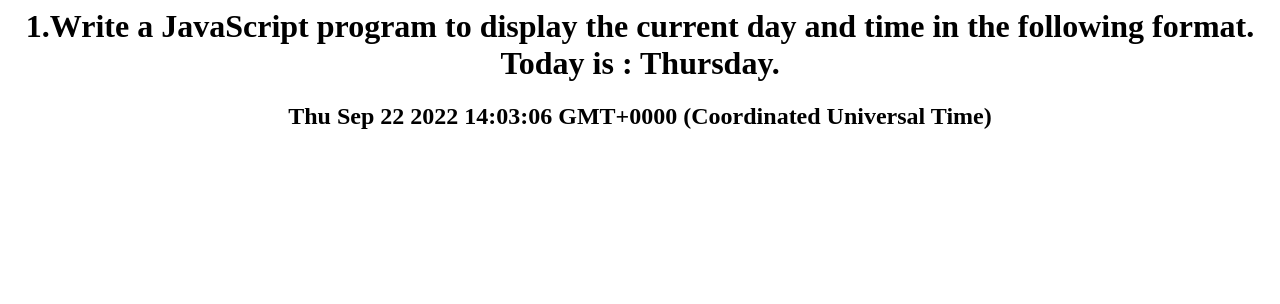
Repository: HoangDuy315/web-dev2022
Page: hw151022/ex1/ex1.html
An editor plug-in stored every save of this project. The page is shown before and after the next save, followed by the edit.
The browser window is 1280 px wide. The pictures show the whole page.

Above is the page before, as saved 2022-10-15 12:09:45.

### hw151022/ex1/ex1.html
<!--JavaScript to display current Date and Time.-->

<html>
  <head>
    <title>JavaScript to display current Date and Time.</title>
  </head>

  <script type="text/javascript">
    function getCurrentDate() {
      var curDate = new Date();

      document.getElementById("showDate").innerHTML = curDate.toString();
    }
  </script>

  <body onLoad="getCurrentDate()" style="text-align: center">
    <h1>
      1.Write a JavaScript program to display the current day and time in the
      following format. Today is : Thursday.
    </h1>

    <!--Here date and time will display-->

    <h2 id="showDate"></h2>
    <script src="./ex1.js"></script>
  </body>
</html>

Loaded but not shown: hw151022/ex1/ex1.js (no stored copy; drawn as an empty file)

After the next save:
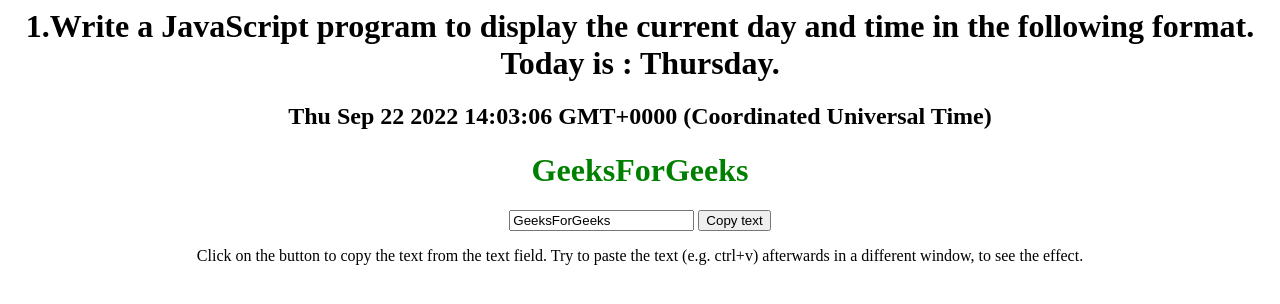
Saved 51 s later.
--- a/hw151022/ex1/ex1.html
+++ b/hw151022/ex1/ex1.html
@@ -24,4 +24,23 @@
     <h2 id="showDate"></h2>
     <script src="./ex1.js"></script>
   </body>
+
+  <!-- 2 -->
+  <body style="text-align: center">
+    <h1 style="color: green">GeeksForGeeks</h1>
+    <input type="text" value="GeeksForGeeks" id="GfGInput" />
+    <button onclick="GeeksForGeeks()">Copy text</button>
+    <script>
+      function GeeksForGeeks() {
+        var copyGfGText = document.getElementById("GfGInput");
+        copyGfGText.select();
+        document.execCommand("copy");
+        alert("Copied the text: " + copyGfGText.value);
+      }
+    </script>
+    <p>
+      Click on the button to copy the text from the text field. Try to paste the
+      text (e.g. ctrl+v) afterwards in a different window, to see the effect.
+    </p>
+  </body>
 </html>
